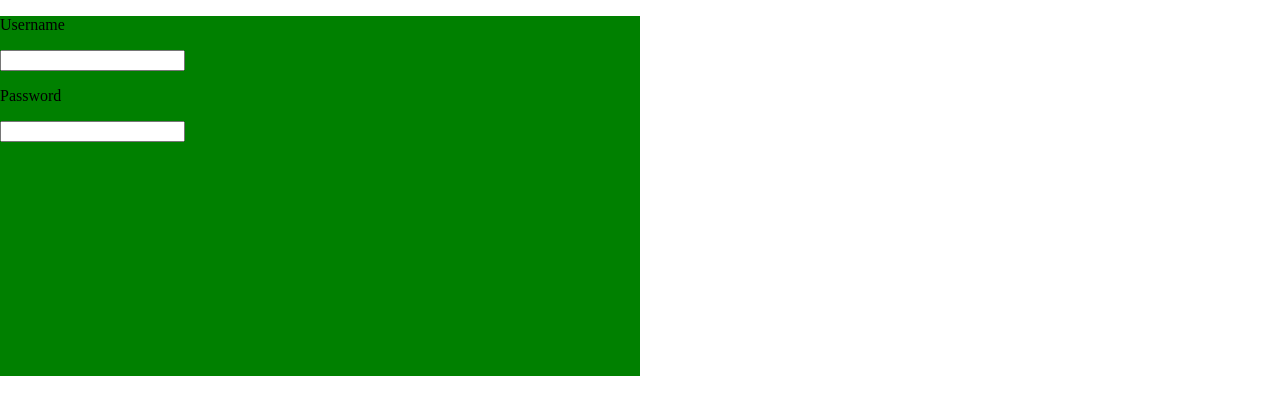
Repository: rdf004/playfab_blackjack
Page: /
The author's editor kept a copy of each file at every save. The page is drawn from the files as they stood at one save, then again after the next save.
The browser window is 1280 px wide. The pictures show the whole page.
The project was rebuilt for these pictures with package versions that can differ from the ones it lists, and the page was loaded fresh each time. Also part of the build but not shown: src/Components/App.js.

Above is the page before, as saved 2020-05-07 20:09:47.

### src/index.js
import React from 'react';
import ReactDOM from 'react-dom';
import './Style/style.css';
import App from './Components/App';
import Login from './Components/Login';
import * as serviceWorker from './serviceWorker';

ReactDOM.render(
  <React.StrictMode>
    <Login />
  </React.StrictMode>,
  document.getElementById('root')
);

// If you want your app to work offline and load faster, you can change
// unregister() to register() below. Note this comes with some pitfalls.
// Learn more about service workers: https://bit.ly/CRA-PWA
serviceWorker.unregister();

### src/Style/style.css
.login-div {
    background-color: green;
    width: 50vw;
    height: 50vh;
}

html, body {
    margin:0;
    padding:0;
    width:100%;
    height:100%;
    overflow: auto;
    }

### src/Components/Login.js
import React from 'react';

class Login extends React.Component {

    render() {
        return(
            <div className="login-div">
                <form>
                    <label>
                        <p className="login-field">Username</p>
                        <input type="text" name="username" />
                    </label>
                    <label>
                        <p className="login-field">Password</p>
                        <input type="text" name="password" />
                    </label>
                </form>
            </div>
        );
    }

}

export default Login;

Loaded but not shown: public/index.html (common file); src/serviceWorker.js (common file)

After the next save:
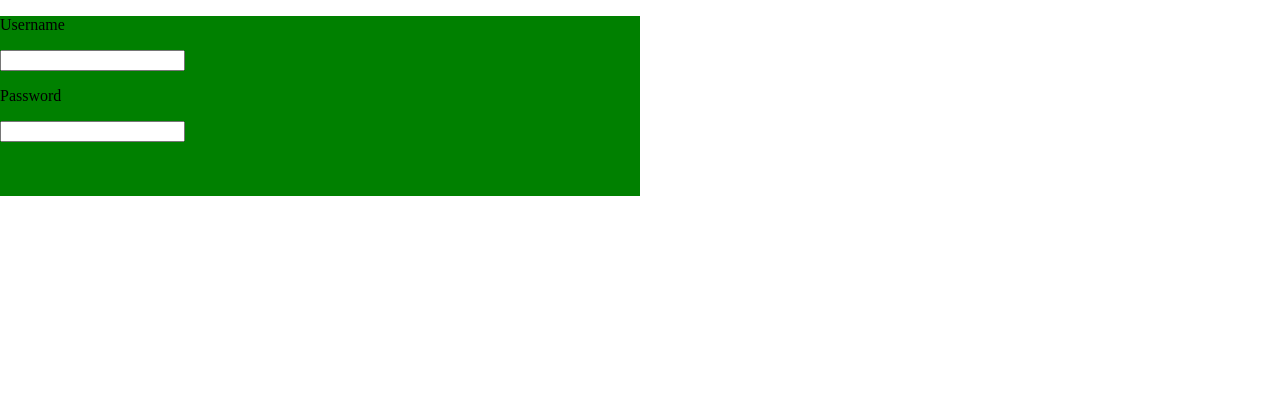
Saved 7 s later.
--- a/src/Style/style.css
+++ b/src/Style/style.css
@@ -1,7 +1,7 @@
 .login-div {
     background-color: green;
     width: 50vw;
-    height: 50vh;
+    height: 25vh;
 }
 
 html, body {
